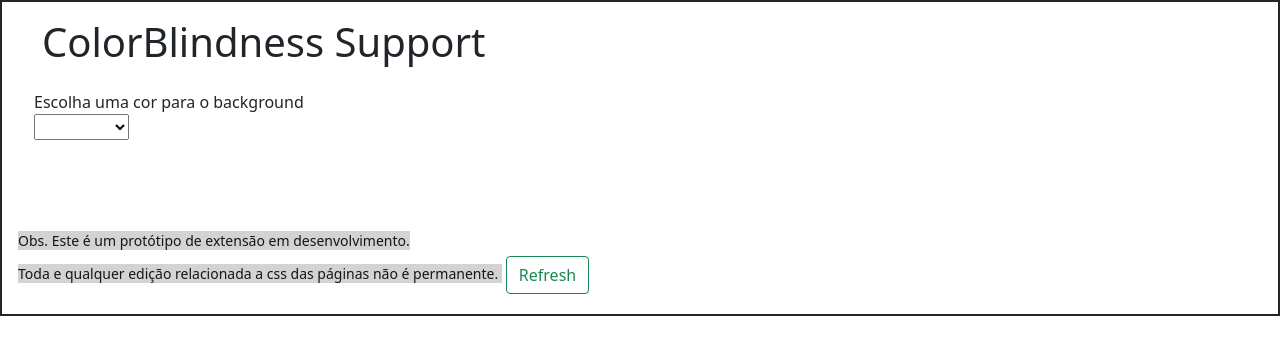
Repository: pedrosiqueira/daltonchrome
Page: popup.html
An editor plug-in stored every save of this project. The page is shown before and after the next save, followed by the edit.
The browser window is 1280 px wide. The pictures show the whole page.

Above is the page before, as saved 2022-06-17 13:22:31.

### popup.html
<!DOCTYPE html>
<html>

<head>
    <meta charset="utf-8" />
    <link href="css/vendor/bootstrap.min.css" rel="stylesheet" crossorigin="anonymous">
    <link rel="stylesheet" type="text/css" href="css/popup.css" />
</head>

<body class="p-3 flex border border-dark border-2 ">

    <div class="container flex row">

        <h1 class="form-title"> ColorBlindness Support </h1>
        <!--  <div class="form-check form-switch col">
            <input class="form-check-input" type="checkbox" id="flexSwitchCheckChecked">
            <label class="form-check-label" for="flexSwitchCheckChecked" id="MeuSwitch">Ativar extensão</label>
        </div>
        <button id="meubotao" type="button" class="btn row w-10 h-15 btn-dark">
            Clique-me
        </button> -->
    </div>

    <div class="p-3">
        <label for="cores">Escolha uma cor para o background</label>
        <br>
        <select name="cores" id="cores">
            <option value="#"> </option>
            <option value="red">Vermelho</option>
            <option value="green">Verde</option>
            <option value="blue">Azul</option>
        </select>
    </div>
    <br> <br><br>
    <alert id="alert" class="alert-dark form-text">Obs. Este é um protótipo de extensão em desenvolvimento.<br>
    Toda e qualquer edição relacionada a css das páginas não é permanente.
    </alert>
    <button id="refresh" class="btn btn-outline-success m-1"type="button">
    Refresh
    </button>

    <script src="js/vendor/jquery-3.6.0.min.js"></script>
    <script src="js/vendor/bootstrap.bundle.min.js"></script>
    <script src="js/popup.js"></script>
</body>

</html>

### css/popup.css
body {
    min-width:600px;
    min-height:300px;
}

#table-wrapper {
    position:relative;
    white-space: nowrap;
}
#table-scroll {
    overflow:auto;
    margin-top:20px;
}
#table-wrapper table {
    width:100%;

}

#table-wrapper table thead th .text {
    position:absolute;
    top:-20px;
    z-index:2;
    height:20px;
    width:35%;
    border:1px solid red;
}

#table-wrapper table tbody td{
    border: 1px solid black;
}

### js/popup.js
start()

function start() {
    $("#meubotao").click(umafuncao)
}

function ativar(){
    $("#MeuSwitch")
}


async function umafuncao() {

    // obtém a aba atual
    [currentTab] = await chrome.tabs.query({ active: true, currentWindow: true });

    // envia mensagem para a aba atual
    chrome.tabs.sendMessage(currentTab.id, { nome: "Carol", curso: "TADS", orientador: "pedro" }, callback);


}

// funcao que recebe a resposta da mensagem que foi enviada para alguma aba
function callback(response) {
    console.log("ufa, a mensagem conseguiu chegar!")
    console.log(response)
}

Loaded but not shown: css/vendor/bootstrap.min.css (library); js/vendor/jquery-3.6.0.min.js (library); js/vendor/bootstrap.bundle.min.js (library)

After the next save:
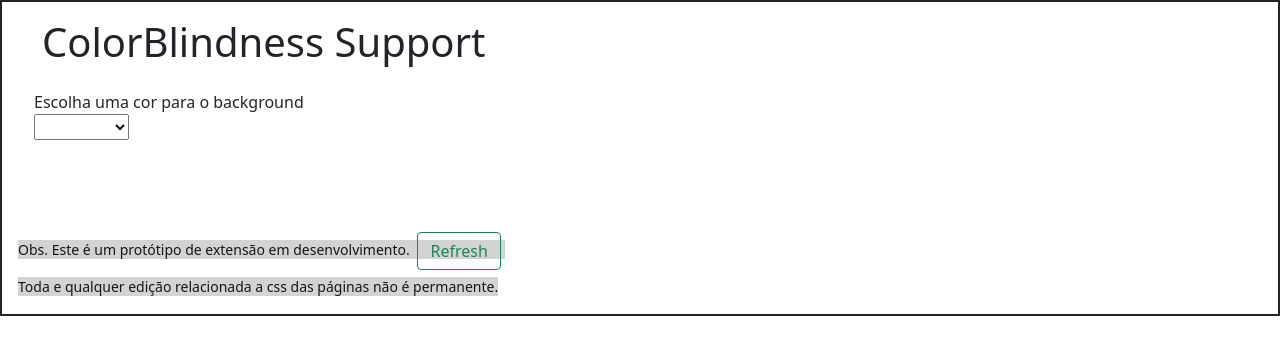
Saved 20 s later.
--- a/popup.html
+++ b/popup.html
@@ -32,12 +32,14 @@
         </select>
     </div>
     <br> <br><br>
-    <alert id="alert" class="alert-dark form-text">Obs. Este é um protótipo de extensão em desenvolvimento.<br>
+    <alert id="alert" class="alert-dark form-text">Obs. Este é um protótipo de extensão em desenvolvimento.
+        <button id="refresh" class="btn btn-outline-success m-1"type="button">
+            Refresh
+            </button>
+        <br>
     Toda e qualquer edição relacionada a css das páginas não é permanente.
     </alert>
-    <button id="refresh" class="btn btn-outline-success m-1"type="button">
-    Refresh
-    </button>
+
 
     <script src="js/vendor/jquery-3.6.0.min.js"></script>
     <script src="js/vendor/bootstrap.bundle.min.js"></script>
